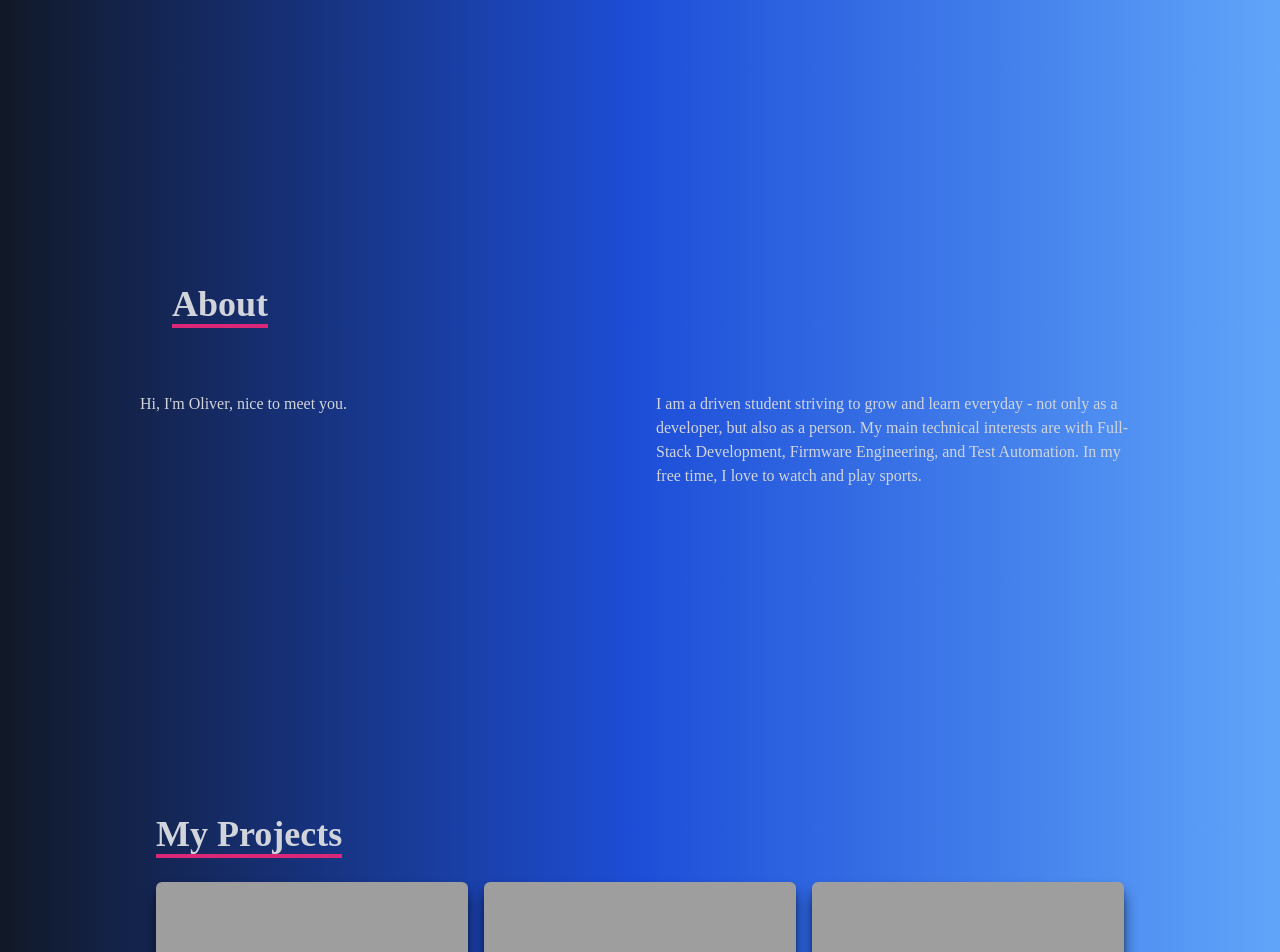
Repository: olichengus/Project-Portfolio
Page: /
An editor plug-in stored every save of this project. The page is shown before and after the next save, followed by the edit.
The browser window is 1280 px wide. The pictures show the part of the page from y = 694 to 1646 px (the page is 2160 px tall).
Pictures or frames that could not be fetched are drawn as grey boxes. The project was rebuilt for these pictures with package versions that can differ from the ones it lists, and the page was loaded fresh each time.

Above is the page before, as saved 2024-02-10 00:33:54.

After the next save:
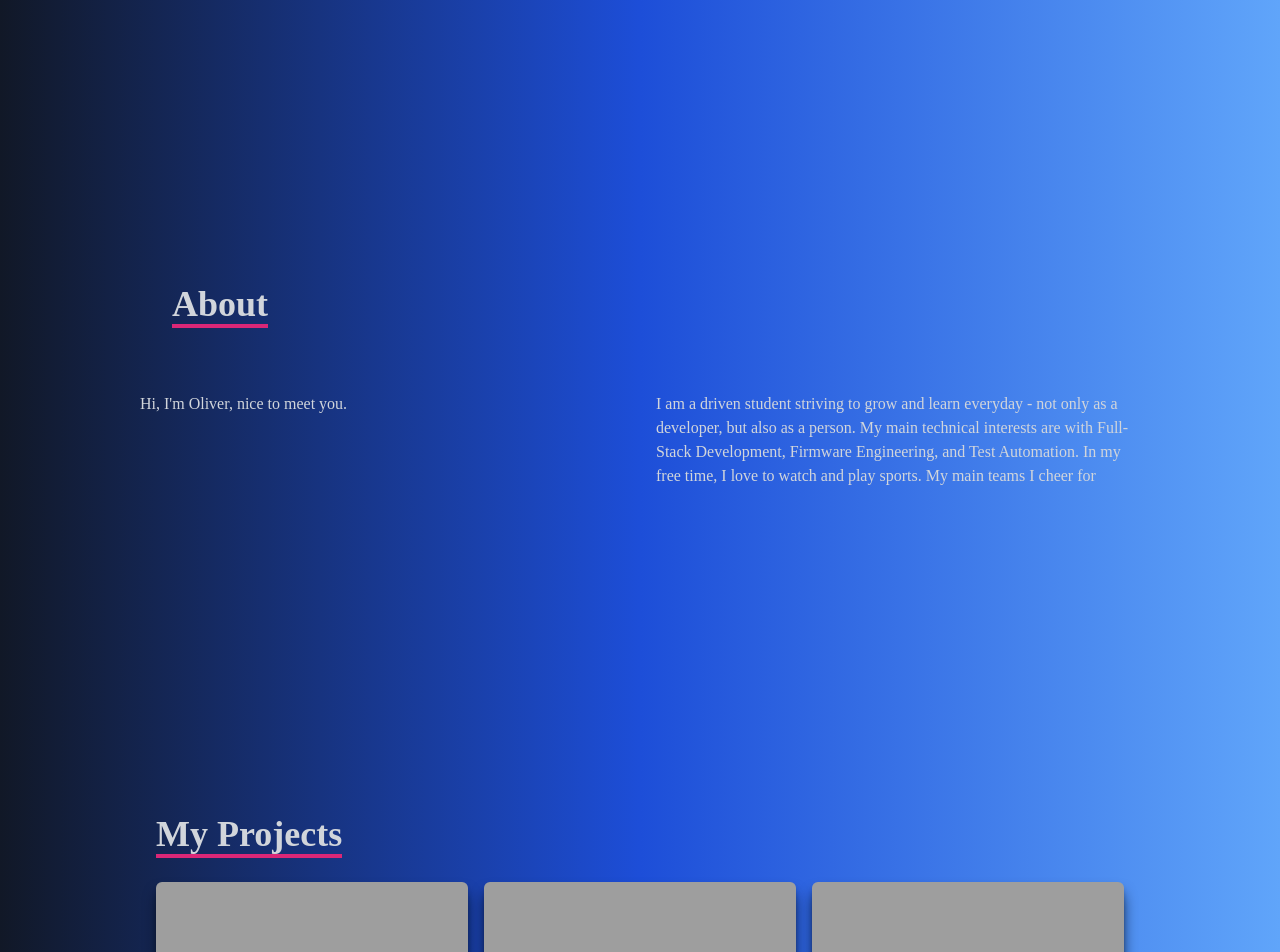
Saved 8 s later.
--- a/src/components/About.jsx
+++ b/src/components/About.jsx
@@ -15,7 +15,7 @@ const About = () => {
                         <p>Hi, I'm Oliver, nice to meet you.</p>
                     </div>
                     <div>
-                        I am a driven student striving to grow and learn everyday - not only as a developer, but also as a person. My main technical interests are with Full-Stack Development, Firmware Engineering, and Test Automation. In my free time, I love to watch and play sports.
+                        I am a driven student striving to grow and learn everyday - not only as a developer, but also as a person. My main technical interests are with Full-Stack Development, Firmware Engineering, and Test Automation. In my free time, I love to watch and play sports. My main teams I cheer for
                     </div>
                 </div>
             </div>
